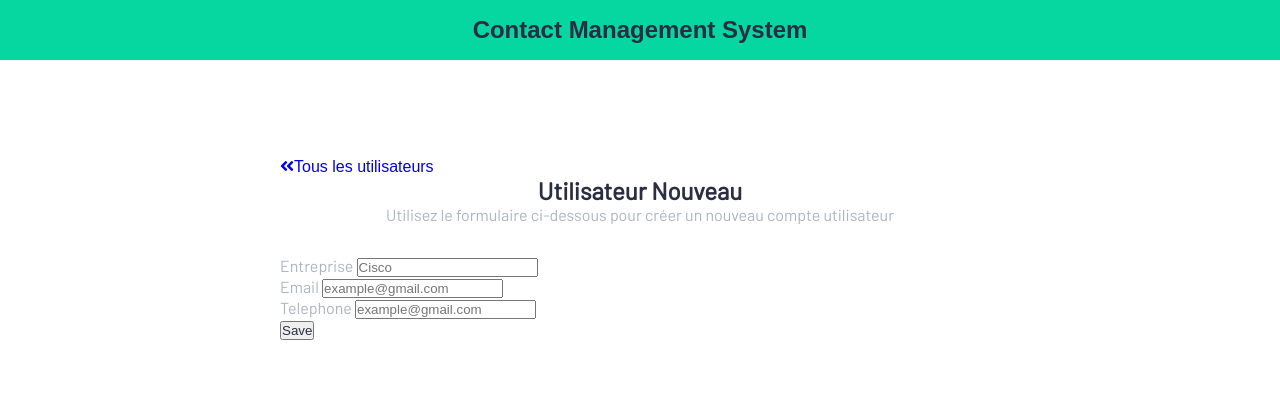
Repository: mohamed-makrani/Global_Development_Service_DBMS
Page: DBMS/views/add_user.html
An editor plug-in stored every save of this project. The page is shown before and after a run of saves, followed by the edit.
The browser window is 1280 px wide. The pictures show the whole page.
Some web fonts or font styles are not loaded; a fallback is used.

Above is the page before, as saved 2024-04-22 19:06:25.

### DBMS/views/add_user.html
<!DOCTYPE html>
<html lang="en">
<head>
    <meta charset="UTF-8">
    <meta name="viewport" content="width=device-width, initial-scale=1.0">
    <title>Management System</title>

    <link rel="stylesheet" href="https://cdnjs.cloudflare.com/ajax/libs/font-awesome/5.15.1/css/all.min.css" integrity="sha512-+4zCK9k+qNFUR5X+cKL9EIR+ZOhtIloNl9GIKS57V1MyNsYpYcUrUeQc9vNfzsWfV28IaLL3i96P9sdNyeRssA==" crossorigin="anonymous" />
    <link rel="stylesheet" href="../assets/css/style.css">
</head>
<body>

    <!-- Header -->
        <header id="header">
            <nav>
                <div class="container">
                    <div class="text-center">
                        <a href="/" class="nav-brand text-dark"> Contact Management System </a>
                    </div>
                </div>
            </nav>
        </header>
    <!-- /Header -->
        <!-- Main Site -->
        <main id="site-main">
            <div class="container">
                <div class="box-nav d-flex justify-between">

                    <div class="filter">
                        <a href="/"><i class="fas fa-angle-double-left"></i>Tous les utilisateurs</a>
                    </div>
                </div>

                <div class="form-title text-center">
                    <h2 class="text-dark">Utilisateur Nouveau</h2>
                    <span class="text-light">Utilisez le formulaire ci-dessous pour créer un nouveau compte utilisateur</span>
                </div>

                <!-- form handling -->
                <form method="POST" id="update_user">
                    <div class="new_user">
                        <div class="form-group">
                            <label for="entreprise" class="text-light">Entreprise</label>
                            <input type="hidden" name="id" value="">
                            <input type="text" name="entreprise" value="" placeholder="Cisco">
                        </div>
                        <div class="form-group">
                            <label for="Email" class="text-light">Email</label>
                            <input type="text" name="email" value="" placeholder="example@gmail.com">
                        </div>

                        <div class="form-group">
                            <label for="telephone" class="text-light">Telephone</label>
                            <input type="text" name="telephone" value="" placeholder="example@gmail.com">
                        </div>



                        <div class="form-group">
                            <button type="submit" class="btn text-dark update">Save</button>
                        </div>

                    </div>

                </form>
            </div>
        </main>
    <!-- /Main Site -->

### DBMS/assets/css/style.css
@import url('https://fonts.googleapis.com/css2?family=Barlow&family=PT+Sans&display=swap');

:root {
    --dark: #2b2d42;
    --light: #adb5bd;
    --border: #dee2e6;
    --border-btn: #edf2f4;
}

* {
    padding: 0;
    margin: 0;
    box-sizing: border-box;
}

a {
    text-decoration: none;
    font-family: 'PT Sans', sans-serif;
}

.container {
    max-width: 720px;
    margin: auto;
}

.nav-brand {
    font-size: 1.5em;
    font-weight: bold;
}

.d-flex {
    display: flex;
    flex-wrap: wrap;
}

.justify-between {
    justify-content: space-between;
}

.text-center {
    text-align: center;
}

.border-shadow {
    border: 1px solid var(--border-btn);
    box-shadow: 1px 3px 10px #e9ecef;
}

.text-dark {
    color: var(--dark);
}

.inline {
    display: inline-block;
}

.text-light {
    color: var(--light);
}

.text-gradient {
    background: linear-gradient(to right, #8e2de2, #4a00e0);
    -webkit-background-clip: text;
    background-clip: text;
    -webkit-text-fill-color: transparent;
}

#header nav {
    background-color: #06d6a0;
    padding: 1em 0;
    width: 100%;
}

#site-main {
    margin-top: 6em;
    font-family: 'Barlow', sans-serif;
}

#site-main .container .box-nav > a {
    font-size: 1em;
    padding: .5em 1em;
}

#site-main .container form {
    margin: 2em 0;
}

table {
    border-spacing: 0px;
    width: 100%;
}

.table td,
.table th {
    padding: 1.5em; /* Adjust padding to add space */
    vertical-align: top;
    text-align: center;
    border-top: 1px solid var(--border);
}

.table td > a.btn {
    display: inline-block;
    vertical-align: middle;
    margin-right: 0.2em;
}

.table tr {
    height: 3em;
}

.table tr:hover {
    background-color: #06d6a0;
}

.table tr:hover td > a {
    box-shadow: none;
}

.table .thead-dark th {
    color: #fff;
    background-color: var(--dark);
    border-color: #32383e;
}

@media only screen and (max-width: 1024px) {
    table,
    thead,
    tbody,
    th,
    td,
    tr {
        display: block;
    }

    thead tr {
        position: absolute;
        top: -9999px;
        left: -9999px;
    }

    tr {
        border: 1px solid var(--border);
    }

    td {
        border: none;
        position: relative;
    }
}

After the next 3 saves:
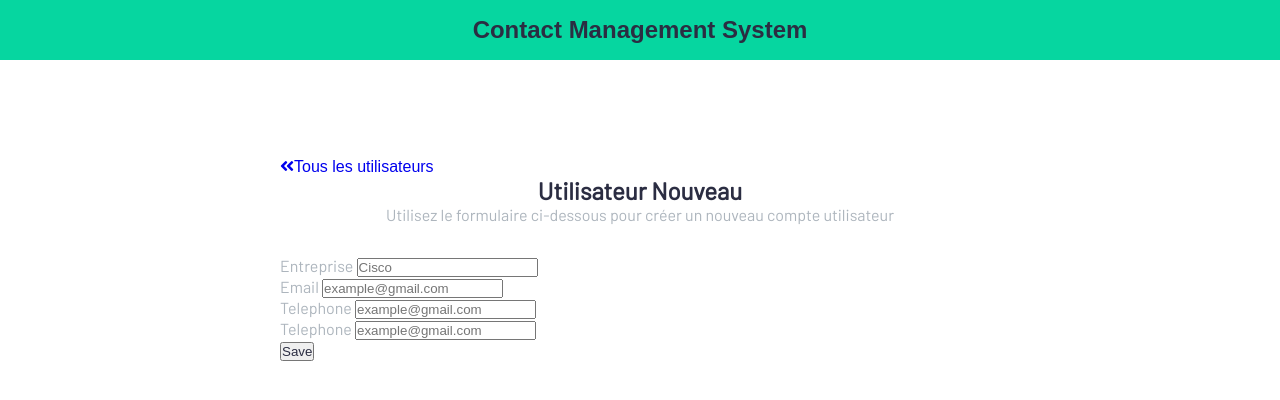
The 3 saves are shown as one change because they came seconds apart.
The last was saved 8 s later.
--- a/DBMS/views/add_user.html
+++ b/DBMS/views/add_user.html
@@ -54,6 +54,11 @@
                             <input type="text" name="telephone" value="" placeholder="example@gmail.com">
                         </div>
 
+                        <div class="form-group">
+                            <label for="telephone" class="text-light">Telephone</label>
+                            <input type="text" name="telephone" value="" placeholder="example@gmail.com">
+                        </div>
+
 
 
                         <div class="form-group">
